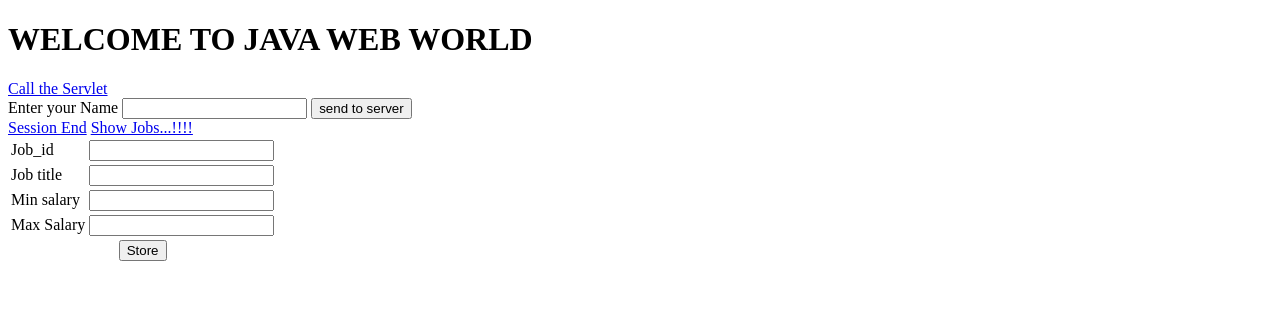
Repository: vinodh1988/SpringSecurity
Page: FirstAPP/WebContent/home.html
An editor plug-in stored every save of this project. The page is shown before and after the next save, followed by the edit.
The browser window is 1280 px wide. The pictures show the whole page.

Above is the page before, as saved 2018-09-17 15:31:49.

After the next save:
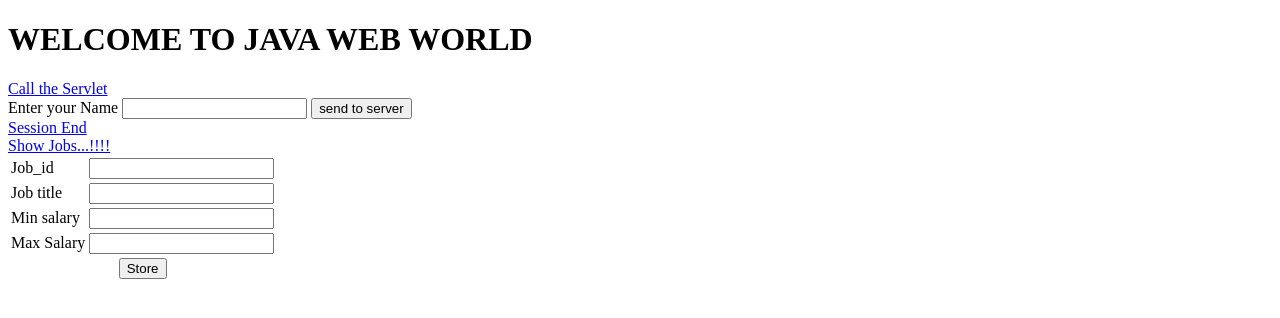
Saved 18 s later.
--- a/FirstAPP/WebContent/home.html
+++ b/FirstAPP/WebContent/home.html
@@ -14,7 +14,7 @@
     <input type="submit" value="send to server">
   </form>
 
-  <a href="test.htm?sessionend=true">Session End</a>
+  <a href="test.htm?sessionend=true">Session End</a> <br>
   <a href="jobs.htm">Show Jobs...!!!!</a>
   <form action="jobs.htm" method="post">
   <table>
